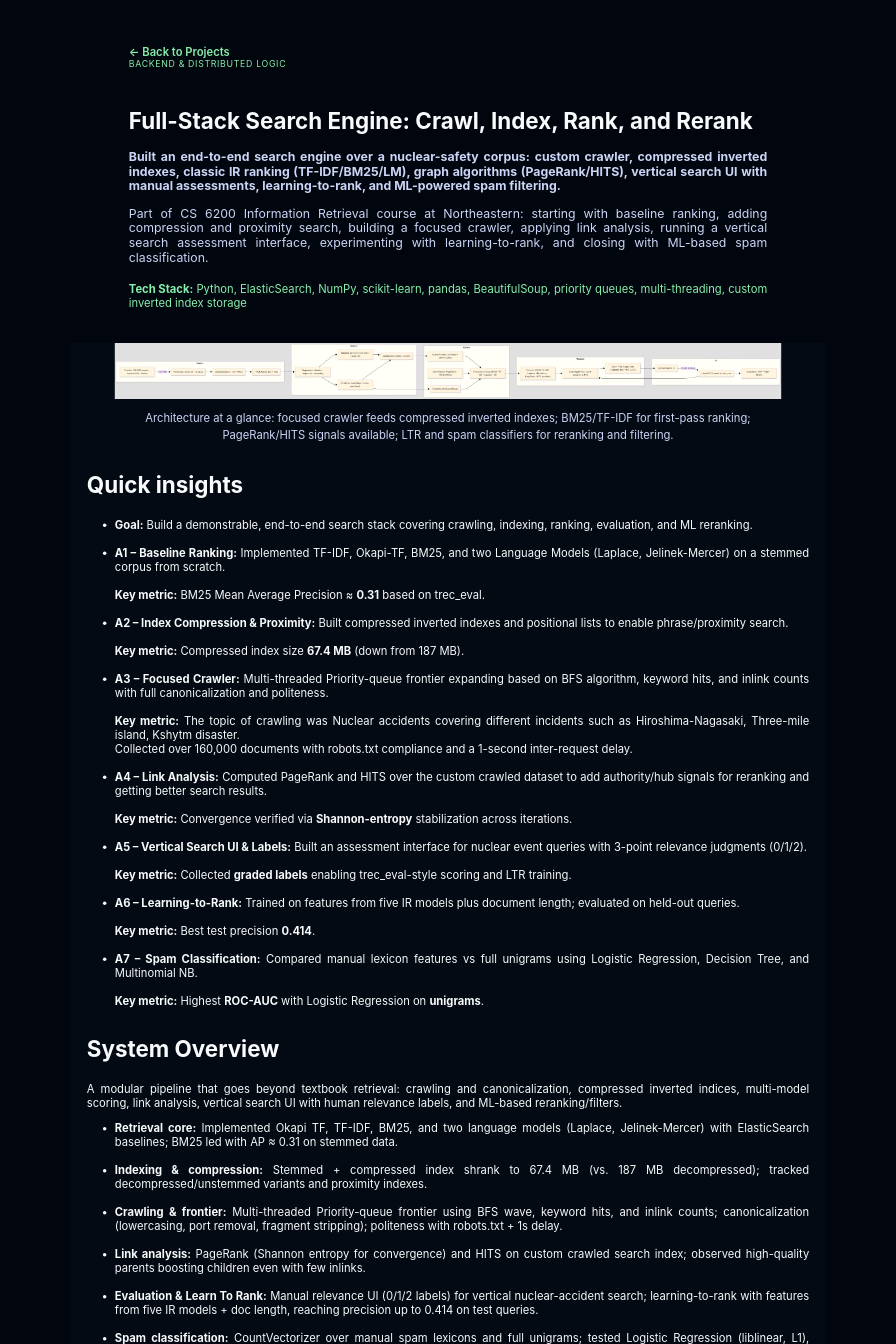
Repository: Abdulaziz-04/Abdulaziz-04.github.io
Page: deepdives/backend_systems/search_engine/search_engine.html
The author's editor kept a copy of each file at every save. The page is drawn from the files as they stood at one save, then again after the next save.
The browser window is 1280 px wide. The pictures show the part of the page from y = 0 to 1920 px (the page is 4602 px tall), at 70% of full size.
A picture or video elsewhere on the page could not be fetched, so the positions and the page height are approximate.

Above is the page before, as saved 2025-11-21 19:02:58.

After the next save:
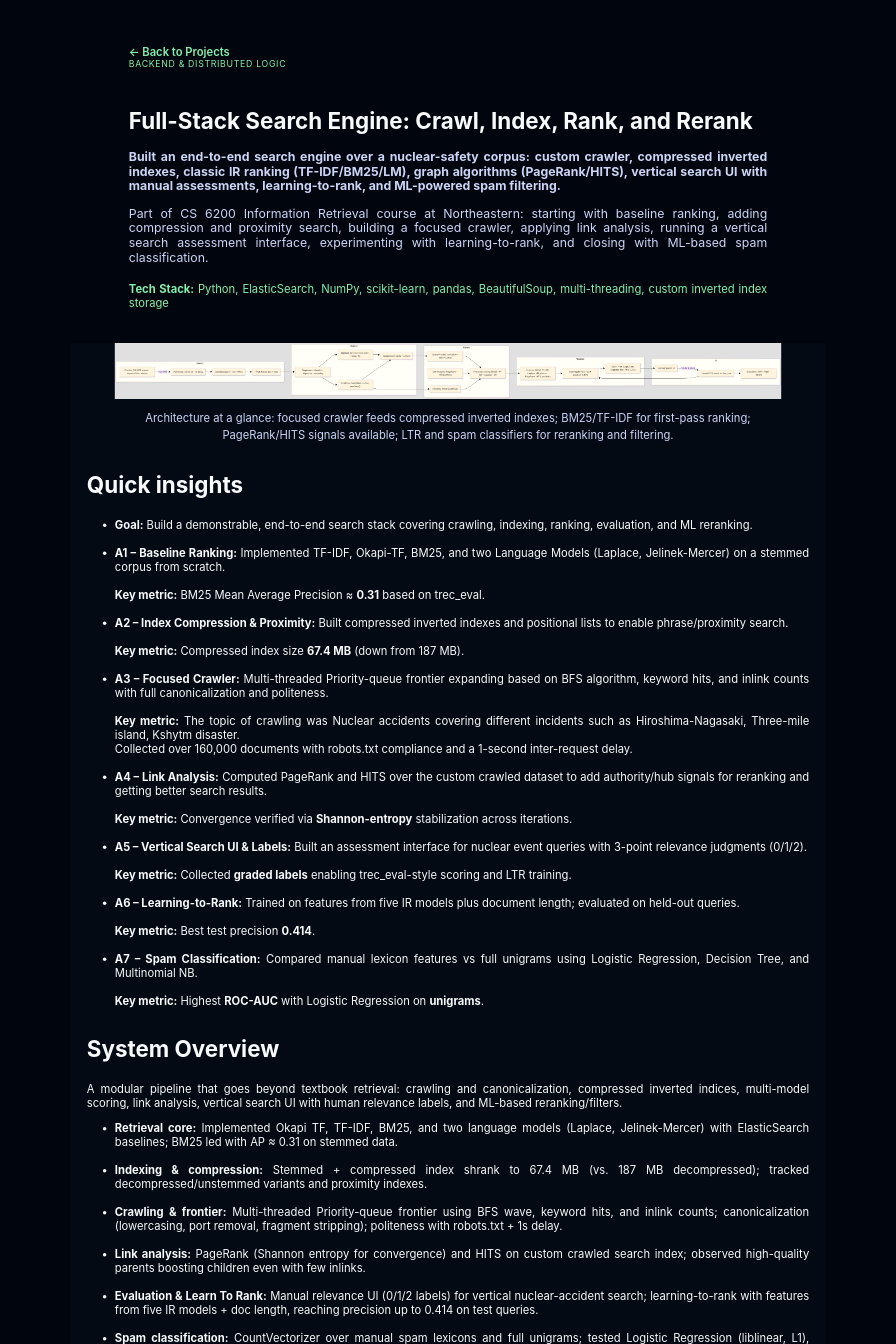
Saved 15 min 20 s later.
--- a/deepdives/backend_systems/search_engine/search_engine.html
+++ b/deepdives/backend_systems/search_engine/search_engine.html
@@ -45,7 +45,7 @@
         <li>
           <strong>Tech Stack:</strong>
           Python, ElasticSearch, NumPy, scikit-learn, pandas, BeautifulSoup,
-          priority queues, multi-threading, custom inverted index storage
+          multi-threading, custom inverted index storage
         </li>
       </ul>
     </header>
@@ -53,7 +53,7 @@
     <main class="section detail-content">
       <!-- HERO IMAGE -->
       <section class="detail-section detail-hero-gif">
-        <figure class="gallery-item gallery-item--wide">
+        <figure class="gallery-item gallery-item--wide" style="max-width: none">
           <img
             src="./images/flow.png"
             alt="System architecture: crawler → indexer → ranker → reranker → UI"
@@ -61,8 +61,8 @@
               display: block;
               margin: 0 auto;
               width: 100%;
-              max-width: 3000px;
-              height: auto;
+              max-width: none;
+              height: 200%;
             "
           />
           <figcaption style="text-align: center">
